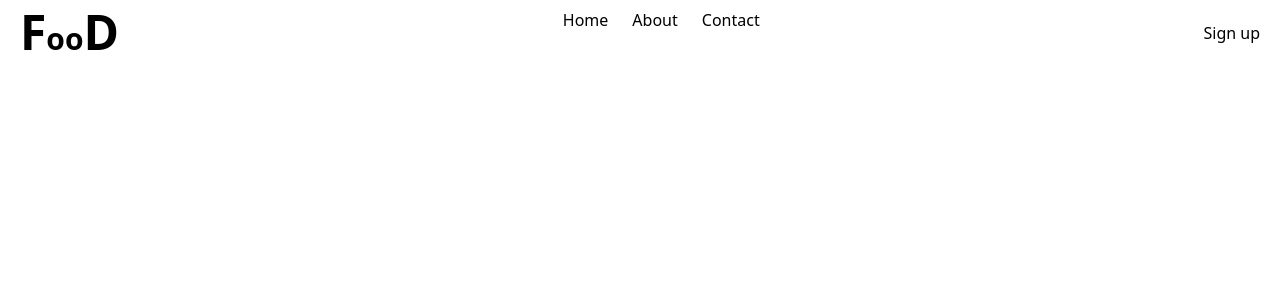
Repository: KhushiCode14/FoodWeb
Page: /
An editor plug-in stored every save of this project. The page is shown before and after the next save, followed by the edit.
The browser window is 1280 px wide. The pictures show the whole page.
The project was rebuilt for these pictures with package versions that can differ from the ones it lists, and the page was loaded fresh each time. Also part of the build but not shown: src/components/Home/SignUp.tsx, src/components/Home/SignIn.tsx.

Above is the page before, as saved 2024-09-18 21:27:13.

### src/App.tsx
import { Route, BrowserRouter as Router, Routes ,  } from 'react-router-dom';
import './App.css';
import Navbar from './Pages/Navbar';
import Home from './Pages/Home';
import SignUp from './components/Home/SignUp';
import SignIn from './components/Home/SignIn';

function App() {
  return (
    <div className="App">
      <Router>
        <Navbar/>
      <Routes>
        <Route  path="/" element={<Home/>} />
        <Route  path="/signUp" element={<SignUp/>} />
        <Route  path="/signIn" element={<SignIn/>} />
        {/* <Route  path="/about" element={About} />
        <Route  path="/contact" element={Contact} /> */}
        </Routes>
      </Router>

    </div>
  );
}

export default App;

### src/Pages/Navbar.tsx
import { NavLink } from "react-router-dom"
import { Link } from "react-router-dom"
import { FaShoppingCart } from "react-icons/fa";
import { FaCartPlus } from "react-icons/fa";
import { useState } from "react";
interface nav {
  to: string,
  linkName: string

}
const Navbar: React.FC = () => {
  const [sign, setSign] = useState<string>('Sign up');
  const [cart, setCart] = useState<any>();
  const navLink: nav[] = [
    { to: "/", linkName: "Home" },
    { to: "/about", linkName: "About" },
    { to: "/contact", linkName: "Contact" },
    // Add more links as needed
  ]
  const handleSign = () => {
    setSign(sign === 'Sign up'? 'Sign in' : 'Sign up');
  }
  const handleCart = () => {
    setCart(cart ===    <FaShoppingCart /> ?   < FaCartPlus/> : <FaShoppingCart />);
  }

  return (
    <div className="mx-5  mt-2 flex justify-between">
      <div className="font-bold text-3xl"><h1><span className=" text-5xl">F</span>oo<span className=" text-5xl">D</span></h1></div>
      <div>
        {
          navLink.map((link, index) => (
            <Link key={index} to={link.to} className="mx-3 hover:text-gray-800">
              {link.linkName}
            </Link>
          ))
        }
      </div>
      <div className="flex justify-center">
        <button><NavLink to="/signUp" onClick={handleSign}>{sign}</NavLink></button>

      <div onClick ={handleCart} >
    {cart}</div>



      </div>
    </div>
  )
}

export default Navbar

Loaded but not shown: public/index.html (common file); src/index.tsx (common file); src/index.css (common file); src/reportWebVitals.ts (common file); src/App.css (common file); src/Pages/Home.tsx (common file); tailwind.config.js (common file)

After the next save:
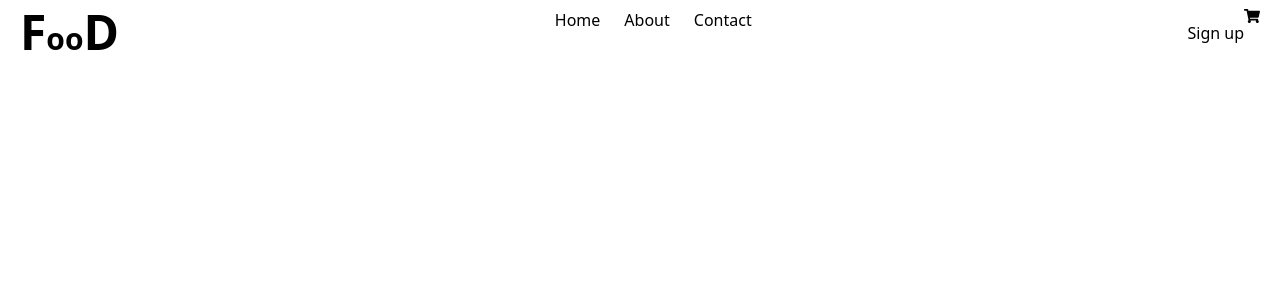
Saved 19 s later.
--- a/src/Pages/Navbar.tsx
+++ b/src/Pages/Navbar.tsx
@@ -10,7 +10,7 @@ interface nav {
 }
 const Navbar: React.FC = () => {
   const [sign, setSign] = useState<string>('Sign up');
-  const [cart, setCart] = useState<any>();
+  const [cart, setCart] = useState<any>(   <FaShoppingCart />);
   const navLink: nav[] = [
     { to: "/", linkName: "Home" },
     { to: "/about", linkName: "About" },

After the 3 saves that followed:
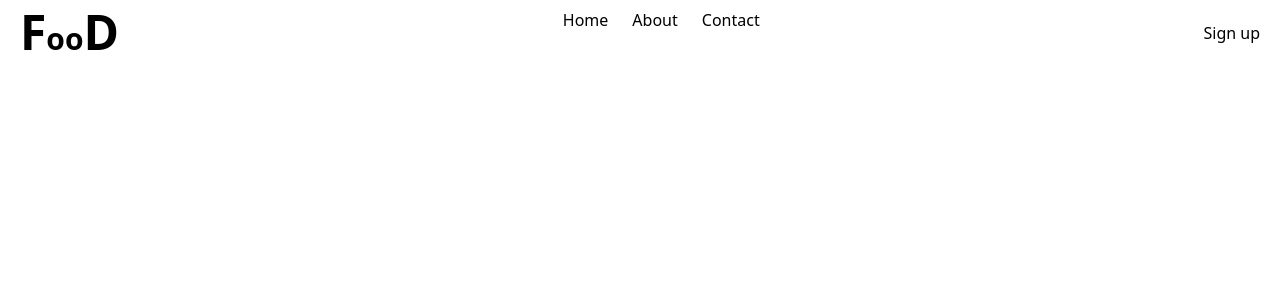
The 3 saves are shown as one change because 1 did not build or start and some came seconds apart.
The last was saved 95 s later.
--- a/src/Pages/Navbar.tsx
+++ b/src/Pages/Navbar.tsx
@@ -10,7 +10,7 @@ interface nav {
 }
 const Navbar: React.FC = () => {
   const [sign, setSign] = useState<string>('Sign up');
-  const [cart, setCart] = useState<any>(   <FaShoppingCart />);
+  const [cart, setCart] = useState<any>();
   const navLink: nav[] = [
     { to: "/", linkName: "Home" },
     { to: "/about", linkName: "About" },
